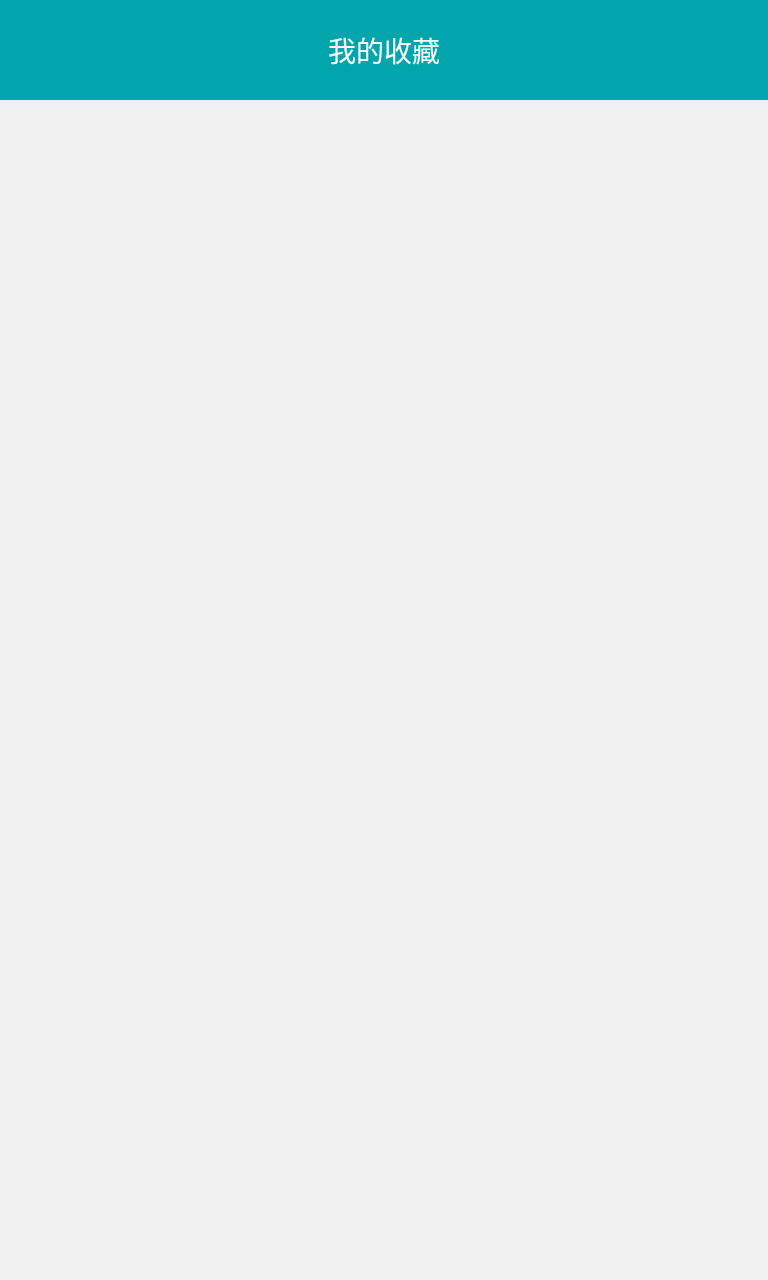
Repository: 2015-Forever/JWD
Layout: Jwd/res/layout/fragment_collect.xml
The author's editor kept a copy of each file at every save. The layout is drawn from the files as they stood at one save, then again after the next save.
It is drawn on a 768 x 1280 px phone screen (xhdpi) without system bars, with theme AppTheme; the app's code is not run. Lists and similar views that code fills are empty.

Above is the layout before, as saved 2015-07-14 13:52:42.

After the next save:
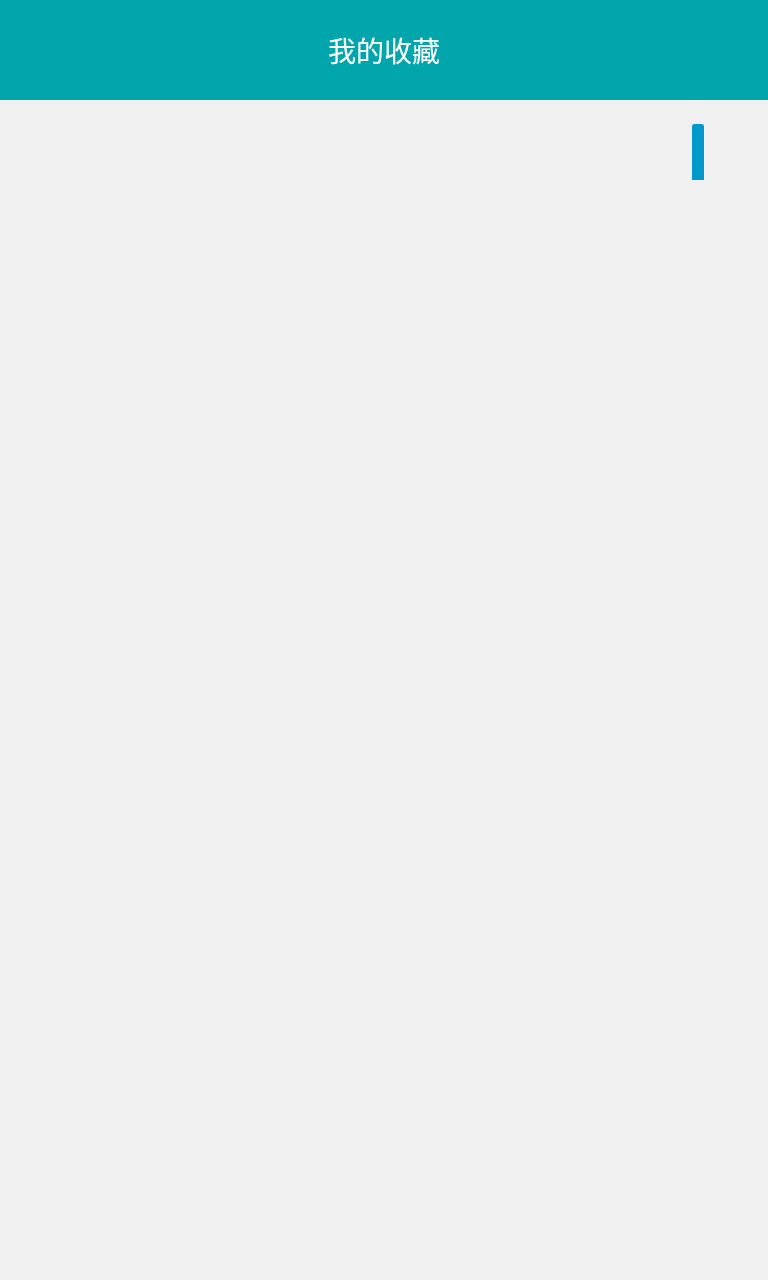
Saved 67 s later.
--- a/Jwd/res/layout/fragment_collect.xml
+++ b/Jwd/res/layout/fragment_collect.xml
@@ -22,7 +22,7 @@
         android:id="@+id/collect_lv"
         android:layout_width="match_parent"
         android:layout_height="wrap_content"
-        android:fastScrollEnabled="false"
+        android:fastScrollEnabled="true"
         android:scrollbars="none"
         android:padding="20dp"
         android:divider="#00000000"

After the save that followed:
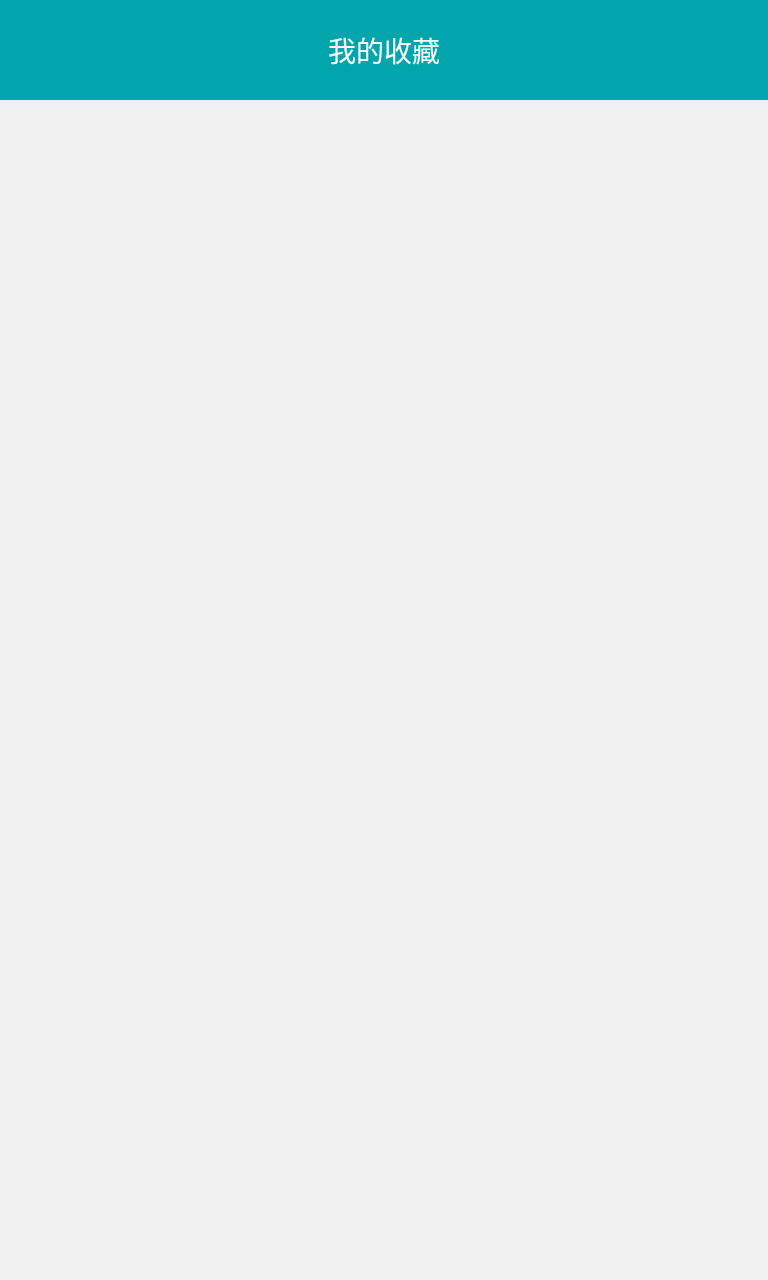
Saved 22 s later.
--- a/Jwd/res/layout/fragment_collect.xml
+++ b/Jwd/res/layout/fragment_collect.xml
@@ -22,7 +22,7 @@
         android:id="@+id/collect_lv"
         android:layout_width="match_parent"
         android:layout_height="wrap_content"
-        android:fastScrollEnabled="true"
+        android:fastScrollEnabled="false"
         android:scrollbars="none"
         android:padding="20dp"
         android:divider="#00000000"
